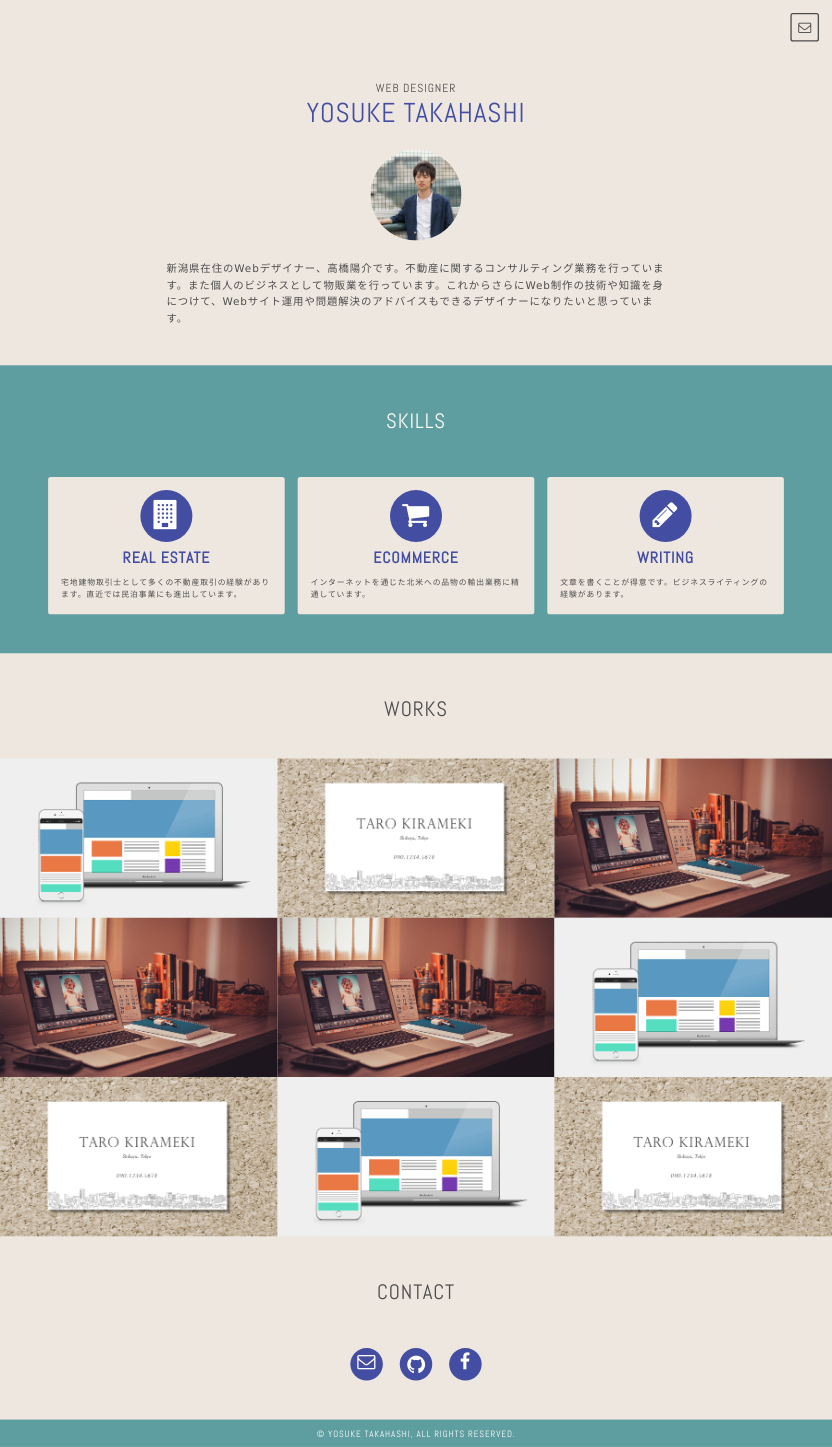
Repository: ysktkhs/responsive-site
Page: environment/portfolio/index.html
The author's editor kept a record of every edit. The page is drawn from the files as they stood at one moment, then again after the next edit.
The browser window is 1280 px wide. The pictures show the whole page, at 65% of full size.
Some web libraries are served in a nearby version.

Above is the page before.

### environment/portfolio/index.html
<!DOCTYPE html>
<html lang="ja">

<head>
    <meta charset="utf-8">
    <title>Web Designer - Yosuke Takahashi</title>
    <meta name="description" content="Webデザイナー 高橋陽介のポートフォリオサイトです。東京を中心に活動しています。">
    <meta name="keywords" content="Web, デザイン, デザイナー, ポートフォリオ, Web制作">
    <link rel="stylesheet" href="https://cdnjs.cloudflare.com/ajax/libs/meyer-reset/2.0/reset.css">
    <link rel="stylesheet" href="./css/style.css">
    <link rel="stylesheet" href="https://maxcdn.bootstrapcdn.com/font-awesome/4.7.0/css/font-awesome.min.css">
</head>

<body>
    <header>
        <a href="#contact" class="button-contact"><i class="fa fa-envelope-o" aria-label="お問い合わせ"></i></a>
        <div class="profile">
            <h1 class="site-title abel uppercase text-center">Web Designer <span>Yosuke Takahashi</span></h1>
            <img src="./images/img_profile.jpg" alt="プロフィール写真" width="140" height="140" class="block-center profile-icon">

            <p>新潟県在住のWebデザイナー、高橋陽介です。不動産に関するコンサルティング業務を行っています。また個人のビジネスとして物販業を行っています。これからさらにWeb制作の技術や知識を身につけて、Webサイト運用や問題解決のアドバイスもできるデザイナーになりたいと思っています。</p>
        </div>
    </header>
    <main>
        <section id="skills">
            <h2 class="text-center">Skills</h2>
            <div class="container">
                <div class="skill-box">
                    <i aria-hidden="true" class="skill-icon fa fa-building"></i>
                    <h3 class="text-center">Real Estate</h3>
                    <p>宅地建物取引士として多くの不動産取引の経験があります。直近では民泊事業にも進出しています。</p>
                </div>
                <div class="skill-box">
                    <i aria-hidden="true" class="skill-icon fa fa-shopping-cart"></i>
                    <h3 class="text-center">Ecommerce</h3>
                    <p>インターネットを通じた北米への品物の輸出業務に精通しています。</p>
                </div>
                <div class="skill-box">
                    <i aria-hidden="true" class="skill-icon fa fa-pencil"></i>
                    <h3 class="text-center">Writing</h3>
                    <p>文章を書くことが得意です。ビジネスライティングの経験があります。</p>
                </div>

            </div>
        </section>
        <section id="works">
            <h2 class="text-center">Works</h2>
            <div class="works-box">
                <a href="#">
                <img src="./images/img_work_site.png" alt="株式会社きらめき コーポレートサイト様 Webサイトデザイン">
                <div class="works-box-inner">
                    <div class="text-center">
                        <h3>株式会社きらめき コーポレートサイト</h3>
                        <small>2016.04.20</small>
                        <span class="button-readmore">Read More</span>
                    </div>
                </div>
            </a>
            </div>
            <div class="works-box">
                <a href="#">
                <img src="./images/img_work_card.jpg" alt="きらめき太郎様 名刺デザイン">
                <div class="works-box-inner">
                    <div class="text-center">
                        <h3>きらめき太郎様 名刺</h3>
                        <small>2016.04.20</small>
                        <span class="button-readmore">Read More</span>
                    </div>
                </div>
            </a>
            </div>
            <div class="works-box">
                <a href="#">
                <img src="./images/img_work_blog.jpg" alt="WordPressオリジナルテーマ">
                <div class="works-box-inner">
                    <div class="text-center">
                        <h3>ブログデザイン</h3>
                        <small>2016.04.20</small>
                        <span class="button-readmore">Read More</span>
                    </div>
                </div>
            </a>
            </div>
            <div class="works-box">
                <a href="#">
                <img src="./images/img_work_blog.jpg" alt="WordPressオリジナルテーマ">
                <div class="works-box-inner">
                    <div class="text-center">
                        <h3>ブログデザイン</h3>
                        <small>2016.04.20</small>
                        <span class="button-readmore">Read More</span>
                    </div>
                </div>
            </a>
            </div>
            <div class="works-box">
                <a href="#">
                <img src="./images/img_work_blog.jpg" alt="WordPressオリジナルテーマ">
                <div class="works-box-inner">
                    <div class="text-center">
                        <h3>ブログデザイン</h3>
                        <small>2016.04.20</small>
                        <span class="button-readmore">Read More</span>
                    </div>
                </div>
            </a>
            </div>
            <div class="works-box">
                <a href="#">
                <img src="./images/img_work_site.png" alt="株式会社きらめき コーポレートサイト様 Webサイトデザイン">
                <div class="works-box-inner">
                    <div class="text-center">
                        <h3>株式会社きらめき コーポレートサイト</h3>
                        <small>2016.04.20</small>
                        <span class="button-readmore">Read More</span>
                    </div>
                </div>
            </a>
            </div>




            <div class="works-box">
                <a href="#">
                <img src="./images/img_work_card.jpg" alt="きらめき太郎様 名刺デザイン">
                <div class="works-box-inner">
                    <div class="text-center">
                        <h3>きらめき太郎様 名刺</h3>
                        <small>2016.04.20</small>
                        <span class="button-readmore">Read More</span>
                    </div>
                </div>
            </a>
            </div>
            <div class="works-box">
                <a href="#">
                <img src="./images/img_work_site.png" alt="株式会社きらめき コーポレートサイト様 Webサイトデザイン">
                <div class="works-box-inner">
                    <div class="text-center">
                        <h3>株式会社きらめき コーポレートサイト</h3>
                        <small>2016.04.20</small>
                        <span class="button-readmore">Read More</span>
                    </div>
                </div>
            </a>
            </div>
            <div class="works-box">
                <a href="#">
                <img src="./images/img_work_card.jpg" alt="きらめき太郎様 名刺デザイン">
                <div class="works-box-inner">
                    <div class="text-center">
                        <h3>きらめき太郎様 名刺</h3>
                        <small>2016.04.20</small>
                        <span class="button-readmore">Read More</span>
                    </div>
                </div>
            </a>
            </div>




        </section>
        <section id="contact">
            <h2 class="text-center">Contact</h2>
            <ul>
                <li><a href="ysktkhs.com@gmail.com"><i aria-label="メール" class="fa fa-envelope-o"></i></a></li>
                <li class="github"><a href="https://github.com/ysktkhs"><i aria-label="GitHub" class="fa fa-github"></i></a></li>
                <li class="facebook"><a href="https://www.facebook.com/yosuke.takahashi.3597"><i aria-label="facebook" class="fa fa-facebook"></i></a></li>
            </ul>
        </section>
    </main>
    <footer>
        <small class="text-center abel uppercase">&copy; Yosuke Takahashi, All Rights Reserved.</small>
    </footer>
</body>

</html>

### environment/portfolio/css/style.css
/* 文字コードの指定
------------------------------------------------------------*/
@charset "UTF-8";

/* Google Fonts用のCSSを読み込み
------------------------------------------------------------*/
@import 'https://fonts.googleapis.com/css?family=Abel';
body {
    font-family: 'Abel', sans-serif;
}
html
{
    font-size: 62.5%; /* ベースとなるフォントサイズの定義 */
}

body
{
    font-family: '游ゴシック', YuGothic, 'メイリオ', Verdana, 'Hiragino Kaku Gothic ProN', Meiryo, sans-serif; /* フォントの種類 */
    font-size: 1.4rem; /* フォントサイズ */
    line-height: 1.6; /* 行間 */

    letter-spacing: .1em;　/* 文字間隔 */

    color: #4c4c4c; /* 文字色 */
    background-color: #eee7e0; /* 背景色 */
}
html /* root */
{
    font-size: 62.5%; /* =10px =100% */
}

body {
 /* すべて14px
------------------------------------------------------------*/
    font-size: 14px;
    font-size: 140%;
    font-size: 1.4em;
    font-size: 1.4rem;
}

h1 {
    font-size: 20px; /* そのまま20px */
    font-size: 200%; /* 親要素bodyの14pxを基準に200% =28px */
    font-size: 2em; /* 親要素bodyの14pxを基準に2倍 =28px */
    font-size: 2rem; /* rootの10pxを基準に2倍 =20px */
}

div {
    font-size: 12px; /* そのまま12px */
    font-size: 120%; /* 親要素bodyの14pxを基準に120% =16.8px(約17px) */
    font-size: 1.2em; /* 親要素bodyの14pxを基準に1.2倍 =16.8px(約17px) */
    font-size: 1.2rem; /* rootの10pxを基準に1.2倍 =12px */
}
div p {
    font-size: 12px; /* そのまま12px */
    font-size: 120%; /* 親要素divの17pxを基準に120% =20.4px(約20px) */
    font-size: 1.2em; /* 親要素divの17pxを基準に1.2倍 =20.4px(約20px) */
    font-size: 1.2rem; /* rootの10pxを基準に1.2倍 =12px */
}
body {
    color: #4c4c4c; /* 文字色 */
    background-color: #eee7e0; /* 背景色 */
}
.button-contact
{
    font-size: 20px; /* フォントサイズ */
    line-height: 0; /* 行の高さ */

    display: block; /* ブロック要素のように扱う */
    float: right; /* 要素を右寄せ */

    width: 20px; /* 幅 */
    height: 20px; /* 高さ */
    margin: 20px 20px 0 0; /* 要素の外側の余白 */
    padding: 10px; /* 要素の内側の余白 */

    text-align: center; /* テキストの中央寄せ */

    color: #4c4c4c; /* 文字色 */
    border: 2px solid #4c4c4c; /* ボーダー */
    -webkit-border-radius: 4px; /* 角丸 */
       -moz-border-radius: 4px;
            border-radius: 4px;
}
.uppercase,
section h2,
#skills h3,
#works .works-box a .works-box-inner .button-readmore
{
    text-transform: uppercase;
}
.text-center {
    text-align: center;
}
.abel {
    font-family: 'Abel', sans-serif; /* Google Fontsの指定 */
}


header .profile
{
    clear: both; /* 上のメールボタンのfloatを解除 */

    width: 60%;
    margin: 0 auto; /* ボックスを中央寄せ */
    padding: 60px 0;
}
header .site-title
{
    font-size: 1.8rem;
    line-height: normal;
}
header .site-title span
{
    font-size: 4.2rem;

    display: block;

    color: #434da2;
}
.block-center {
    display: block;
    margin-left: auto;
    margin-right: auto;
}


header .profile-icon
{
    margin: 30px auto;

    -webkit-border-radius: 50%;
       -moz-border-radius: 50%;
            border-radius: 50%;
}
header p
{
    font-size: 1.6rem;
}
section
{
    padding: 60px 0; /* section要素の余白を上下60pxで揃える */
}
section .container
{
    width: 90%; /* sectionの中のインナーボックスをウィンドウ幅に対して90%に */
}
section h2
{
    font-size: 3.2rem;/* section要素見出しを32pxで揃える */
}
.block-center,
section .container
{
    display: block;

    margin-right: auto;
    margin-left: auto;
}

.abel,
section h2
{
    font-family: 'Abel', sans-serif;
}

.uppercase,
section h2
{
    text-transform: uppercase;
}
#skills
{
    background-color: #5f9ea0;
}
#skills .container
{
    display: -webkit-flex;
    display:         flex;

    justify-content: space-between;
}
#skills h2
{
    margin-bottom: 60px;
    color: #fdfcf6;
}
#skills .skill-box
{
    -webkit-box-sizing: border-box;
       -moz-box-sizing: border-box;
            box-sizing: border-box;
    -webkit-flex: 1;
            flex: 1;
    margin: 0px 10px;
    padding: 20px;

    -webkit-border-radius: 4px;
       -moz-border-radius: 4px;
            border-radius: 4px;
    background-color: #eee7e0;
}
#skills i
{
    font-size: 4.5rem;

    -webkit-box-sizing: border-box;
       -moz-box-sizing: border-box;
            box-sizing: border-box;
    width: 80px;
    height: 80px;
    margin-bottom: 5px;
    padding-top: 15px;

    text-align: center;

    color: #fff;
    -webkit-border-radius: 50%;
       -moz-border-radius: 50%;
            border-radius: 50%;
    background-color: #434da2;
}
#skills h3
{
    font-size: 2.4rem;
    font-weight: bold;

    margin-bottom: 10px;

    color: #434da2;
}
.block-center,
section .container,
#skills i
{
    display: block;

    margin-right: auto;
    margin-left: auto;
}
#works
{
    padding-bottom: 0;
}

#works h2
{
    margin-bottom: 50px;
}

#works .works-box
{
    float: left;

    width: 33.33333%;
    height: 100%;
}

#works::after
{
    display: block;
    clear: both;

    content: '';
}
#works .works-box a
{
    position: relative;

    display: block;
}
#works .works-box a .works-box-inner
{
    position: absolute;
    top: 0;
    left: 0;

    display: none;

    height: 100%;

    color: #fff;
    background-color: rgba(0, 0, 0, .7);
}
#works .works-box a .works-box-inner div
{
    position: absolute;
    top: 0;
    right: 0;
    bottom: 0;
    left: 0;

    height: 40%;
    margin: auto;
    padding: 10px 20px;
}
#works .works-box a .works-box-inner h3
{
    font-size: 1.6rem;
    font-weight: bold;

    margin: 0 0 5px;
}
#works .works-box a .works-box-inner small
{
    font-size: 1rem;

    display: block;

    margin-bottom: 15px;
}
#works .works-box a .works-box-inner .button-readmore
{
    font-size: 1rem;
    font-weight: bold;

    display: block;

    width: 180px;
    margin: auto;
    padding: 5px 0;

    text-align: center;

    color: #fff;
    -webkit-border-radius: 4px;
       -moz-border-radius: 4px;
            border-radius: 4px;
    background-color: #434da2;
}
#works .works-box img
{
    display: block;

    max-width: 100%;
}
.abel,
section h2,
#skills h3,
#works .works-box a .works-box-inner .button-readmore
{
    font-family: 'Abel', sans-serif;
}

.uppercase,
section h2,
#skills h3,
#works .works-box a .works-box-inner .button-readmore
{
    text-transform: uppercase;
}
#works .works-box a:hover .works-box-inner
{
    display: block;

    width: 100%;
}

#works .works-box a .works-box-inner .button-readmore:hover
{
    background-color: #0f949b;
}
#contact ul
{
    margin-top: 60px;

    text-align: center;
}
#contact ul li
{
    font-size: 2.8rem;

    display: inline-block;

    -webkit-box-sizing: border-box;
       -moz-box-sizing: border-box;
            box-sizing: border-box;
    margin-right: 20px;

    text-align: center;
    vertical-align: top;
}
#contact ul li:last-child
{
    margin-right: 0;
}
#contact ul .github,
#contact ul .skype
{
    font-size: 3.2rem;
}
#contact ul .github i
{
    margin-left: 2px;
}
#contact ul a
{
    display: block;

    width: 50px;
    height: 50px;

    color: #fff;
    -webkit-border-radius: 50%;
       -moz-border-radius: 50%;
            border-radius: 50%;
    background-color: #434da2;
}
#contact ul a:hover
{
    background-color: #434da2;
}
footer
{
    padding: 10px 0;

    text-align: center;

    color: #fff;
    background-color: #5f9ea0;
}

After the next edit:
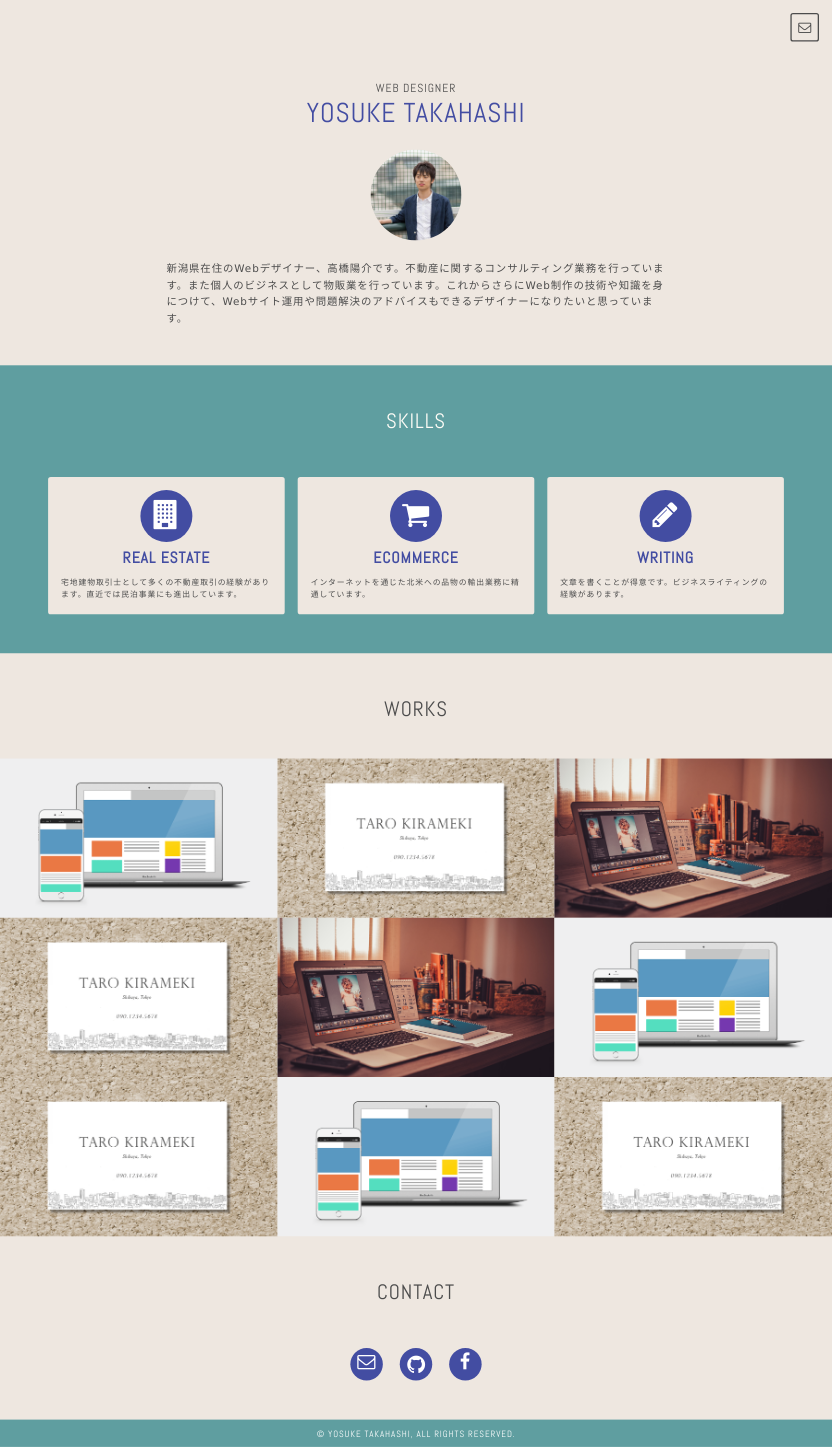
The edit:
--- a/environment/portfolio/index.html
+++ b/environment/portfolio/index.html
@@ -83,7 +83,7 @@
             </div>
             <div class="works-box">
                 <a href="#">
-                <img src="./images/img_work_blog.jpg" alt="WordPressオリジナルテーマ">
+                <img src="./images/img_work_card.jpg" alt="WordPressオリジナルテーマ">
                 <div class="works-box-inner">
                     <div class="text-center">
                         <h3>ブログデザイン</h3>
